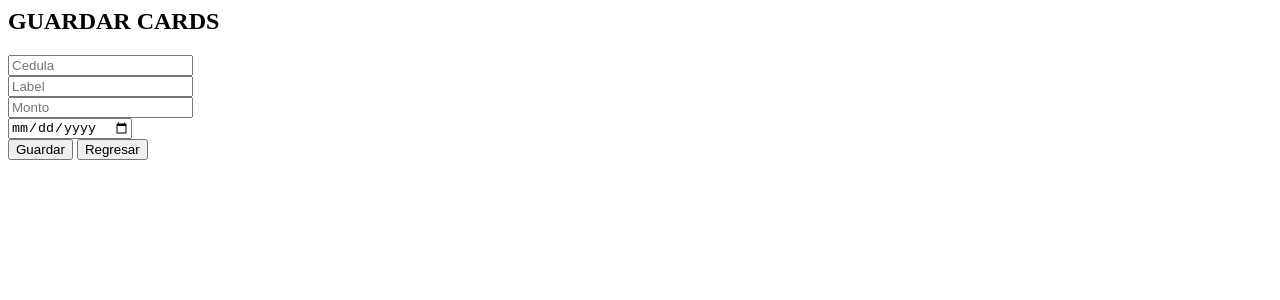
Repository: raalzate/creditcard
Page: CreditCardWeb/src/main/webapp/save.html
An editor plug-in stored every save of this project. The page is shown before and after the next save, followed by the edit.
The browser window is 1280 px wide. The pictures show the whole page.

Above is the page before, as saved 2016-05-27 20:02:00.

### CreditCardWeb/src/main/webapp/save.html
<h2>GUARDAR CARDS</h2>
<div ng-controller="saveController">
	<input type="text" name="cedula" required placeholder="Cedula" ng-model="cedula"> <br />
	<input type="text" name="label" required  placeholder="Label" ng-model="label"> <br />
	<input type="number" name="mount" required placeholder="Monto" ng-model="mount"> <br />
	<input type="date" name="dateCut" required placeholder="Fecha de corte" ng-model="dateCut"> <br />

	<button name="save" ng-click="guardarCard()">Guardar</button>
	<button name="return" ng-click="regresar()">Regresar</button>

</div>

After the next save:
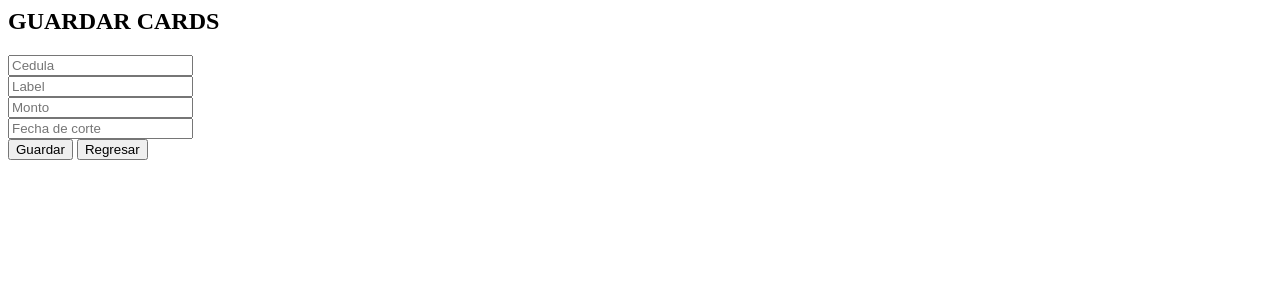
Saved 57 s later.
--- a/CreditCardWeb/src/main/webapp/save.html
+++ b/CreditCardWeb/src/main/webapp/save.html
@@ -3,7 +3,7 @@
 	<input type="text" name="cedula" required placeholder="Cedula" ng-model="cedula"> <br />
 	<input type="text" name="label" required  placeholder="Label" ng-model="label"> <br />
 	<input type="number" name="mount" required placeholder="Monto" ng-model="mount"> <br />
-	<input type="date" name="dateCut" required placeholder="Fecha de corte" ng-model="dateCut"> <br />
+	<input type="datepicker" name="dateCut" required placeholder="Fecha de corte" ng-model="dateCut"> <br />
 
 	<button name="save" ng-click="guardarCard()">Guardar</button>
 	<button name="return" ng-click="regresar()">Regresar</button>
